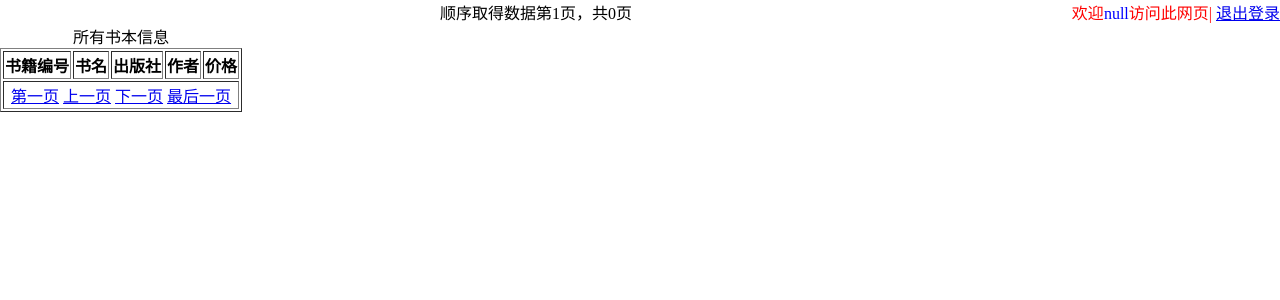
Repository: guirui-li/StudyJavaWeb
Page: http://localhost/JavawebTest/FenServlet?page=1
These files come from the project's save history. The page is drawn as it stood at one moment and after the next save; the edit follows.
The browser window is 1280 px wide. The pictures show the whole page.
The page is served by Tomcat 9. Other server files are loaded and not shown. Queries for data that is not in the repository find no rows.

Above is the page before, as saved 2019-05-03 07:50:03.

### JavawebTest/WebContent/experiment08/loginSuccess.jsp
<%@ page language="java" contentType="text/html; charset=UTF-8"
    pageEncoding="UTF-8"%>
<%@ page import="java.util.List" %>
<%@ page import="com.guirui.demo04.Book" %>
<!DOCTYPE html>
<html>
<head>
<meta charset="UTF-8">
<title>书本信息</title>
	<style type="text/css">
		body{
			position: relative;
			margin: 0;
			pause: 0;
		}
		#div{
			float: right;
			color: red;
		}
		#a{
			color:red;
		}
		#font{
			text-align: center;
		}
		#table{
			text-align: center;
		}
	</style>
</head>
<body>
	<%

		String name=(String)request.getSession().getAttribute("name");
		int pagee=(Integer)request.getAttribute("currPage");
		int pages=(Integer)request.getAttribute("pages");
	%>
	<div id="div">
		欢迎<font style="color:blue"><%=name%></font>访问此网页|
		<a href="experiment08/login.jsp">退出登录</a>
	</div>
	<div id="font">
		顺序取得数据第<%=pagee %>页，共<%=pages %>页
	</div>
	<table border="1" id="table">
		<caption >所有书本信息</caption>
		<tr>
			<th>书籍编号</th>
			<th>书名</th>
			<th>出版社</th>
			<th>作者</th>
			<th>价格</th>
		</tr>
		<%
			@SuppressWarnings("unchecked")
			List<Book> list=(List<Book>)request.getAttribute("list");
			for(Book b:list){
		%>
		<tr>
			<td><%=b.getBookID() %></td>
			<td><%=b.getBookName() %></td>
			<td><%=b.getPublishing_House() %></td>
			<td><%=b.getAuthor() %></td>
			<td><%=b.getPrice() %></td>
		</tr>
		<%
			}
		%>
		<tr>
			<td colspan=5>
				<%=request.getAttribute("bar") %>
			</td>
		</tr>
	</table>
</body>
</html>

### JavawebTest/src/com/guirui/demo04/FenServlet.java
package com.guirui.demo04;

import java.io.IOException;
import java.util.List;

import javax.servlet.ServletException;
import javax.servlet.annotation.WebServlet;
import javax.servlet.http.HttpServlet;
import javax.servlet.http.HttpServletRequest;
import javax.servlet.http.HttpServletResponse;

/**
 * Servlet implementation class FenServlet
 */
@WebServlet("/FenServlet")
public class FenServlet extends HttpServlet {
	private static final long serialVersionUID = 1L;

    /**
     * @see HttpServlet#HttpServlet()
     */
    public FenServlet() {
        super();
        // TODO Auto-generated constructor stub
    }

	/**
	 * @see HttpServlet#doGet(HttpServletRequest request, HttpServletResponse response)
	 */
	protected void doGet(HttpServletRequest request, HttpServletResponse response) throws ServletException, IOException {
		int currPage=1;      							//当前页数
		if(request.getParameter("page")!=null) {        //与当前页码是否相等
			currPage=Integer.parseInt(request.getParameter("page"));
		}
		Book book=new Book();
		List<Book> list=book.findAll(currPage);        //得到当前页码对应的数据库数据
		request.setAttribute("list", list);
		int pages;           				//总页数
		int count=book.findCount();         //总记录数
		if(count%Book.PAGE_SIZE==0) {       //对总页数赋值
			pages=count/Book.PAGE_SIZE;
		}else {
			pages=count/Book.PAGE_SIZE+1;
		}
		request.setAttribute("currPage", currPage);
		request.setAttribute("pages", pages);
		StringBuffer sb=new StringBuffer();
		sb.append("<a href='/JavawebTest/FenServlet?page="+1+"'>"+"第一页"+"</a>");
		sb.append(" ");
		if(currPage==1) {
			sb.append("<a href='/JavawebTest/FenServlet?page="+1+"'>"+"上一页"+"</a>");
			sb.append(" ");
		}else {
			sb.append("<a href='/JavawebTest/FenServlet?page="+(currPage-1)+"'>"+"上一页"+"</a>");
			sb.append(" ");
		}
		for(int i=1;i<=pages;i++) {
			if(i==currPage) {
				sb.append("<a href='/JavawebTest/FenServlet?page="+i+"' id='a'>"+i+"</a>");
			}else {
				sb.append("<a href='/JavawebTest/FenServlet?page="+i+"'>"+i+"</a>");
			}
			sb.append(" ");
		}
		if(currPage==pages) {
			sb.append("<a href='/JavawebTest/FenServlet?page="+pages+"'>"+"下一页"+"</a>");
			sb.append(" ");
		}else {
			sb.append("<a href='/JavawebTest/FenServlet?page="+(currPage+1)+"'>"+"下一页"+"</a>");
			sb.append(" ");
		}
		sb.append("<a href='/JavawebTest/FenServlet?page="+pages+"'>"+"最后一页"+"</a>");
		sb.append(" ");
		request.setAttribute("bar", sb.toString());
		request.getRequestDispatcher("/experiment08/loginSuccess.jsp").forward(request, response);
	}

	/**
	 * @see HttpServlet#doPost(HttpServletRequest request, HttpServletResponse response)
	 */
	protected void doPost(HttpServletRequest request, HttpServletResponse response) throws ServletException, IOException {
		// TODO Auto-generated method stub
		doGet(request, response);
	}

}

### JavawebTest/src/com/guirui/demo04/Book.java
package com.guirui.demo04;

import java.sql.Connection;
import java.sql.DriverManager;
import java.sql.PreparedStatement;
import java.sql.ResultSet;
import java.sql.SQLException;
import java.sql.Statement;
import java.util.ArrayList;
import java.util.List;

public class Book {
	private static final String forname="com.mysql.cj.jdbc.Driver";
	private static final String url="jdbc:mysql://localhost:3306/customer?serverTimezone=UTC";
	private static final String username="root";
	private static final String password="654321";
	public static final int PAGE_SIZE=3;
	String bookID;
	String bookName;
	String publishing_House;
	String author;
	int price;
	public Book(){}

	/**
	 * 쉔접宅MySQL鑒앴욋돨젯쌈
	 * @return럿쀼宅鑒앴욋돨젯쌈뚤蹶돨多痰
	 */
	public Connection getConnection(){
		Connection con = null;
		try {
			Class.forName(forname);
			con=DriverManager.getConnection(url,username,password);
		} catch (ClassNotFoundException e) {
			e.printStackTrace();
		}catch(SQLException e) {
			e.printStackTrace();
		}
		return con;
	}

	/**
	 *
	 * @param page 矜狼꿴璂돨女쯤
	 * @return 럿쀼page女뚤壇돨鑒앴
	 */
	public List<Book> findAll(int page) {
		List<Book> list=new ArrayList<Book>();
		String sql="select * from book order by bid limit ?,?";
		Connection conn=this.getConnection();
		PreparedStatement ps=null;
		ResultSet rs=null;
		try {
			ps=conn.prepareStatement(sql);
			ps.setInt(1, (page-1)*Book.PAGE_SIZE);
			ps.setInt(2, Book.PAGE_SIZE);
			rs=ps.executeQuery();
			while(rs.next()) {
				Book book=new Book();
				book.setBookID(rs.getString("bid"));
				book.setBookName(rs.getString("bname"));
				book.setPublishing_House(rs.getString("bpublishinghouse"));
				book.setAuthor(rs.getString("bauthor"));
				book.setPrice(rs.getInt("bprice"));
				list.add(book);
			}
			rs.close();
			ps.close();
			conn.close();
		} catch (Exception e) {
			e.printStackTrace();
		}
		return list;
	}
	/**
	 * 꿴璂customer鑒앴욋돨book깊돨션쩌鑒
	 * @return 럿쀼鑒앴욋櫓book깊돨悧션쩌鑒
	 */

	public int findCount() {
		int count=0;
		String sql="select count(*) from book";
		Connection conn=this.getConnection();
		Statement st=null;
		ResultSet rs=null;
		try {
			st=conn.createStatement();
			rs=st.executeQuery(sql);
			if(rs.next()) {
				count=rs.getInt(1);
			}
			rs.close();
			conn.close();
		} catch (Exception e) {
			e.printStackTrace();
		}
		return count;
	}


	public String getBookID() {
		return bookID;
	}
	public void setBookID(String bookID) {
		this.bookID = bookID;
	}
	public String getBookName() {
		return bookName;
	}
	public void setBookName(String bookName) {
		this.bookName = bookName;
	}
	public String getPublishing_House() {
		return publishing_House;
	}
	public void setPublishing_House(String publishing_House) {
		this.publishing_House = publishing_House;
	}
	public String getAuthor() {
		return author;
	}
	public void setAuthor(String author) {
		this.author = author;
	}
	public int getPrice() {
		return price;
	}
	public void setPrice(int price) {
		this.price = price;
	}

}

After the next save:
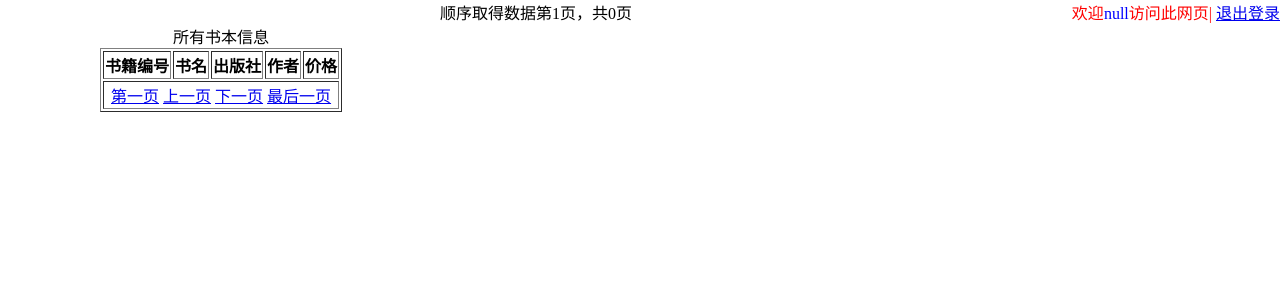
Saved 21 s later.
--- a/JavawebTest/WebContent/experiment08/loginSuccess.jsp
+++ b/JavawebTest/WebContent/experiment08/loginSuccess.jsp
@@ -24,6 +24,7 @@
 			text-align: center;
 		}
 		#table{
+			margin-left:100px;
 			text-align: center;
 		}
 	</style>
